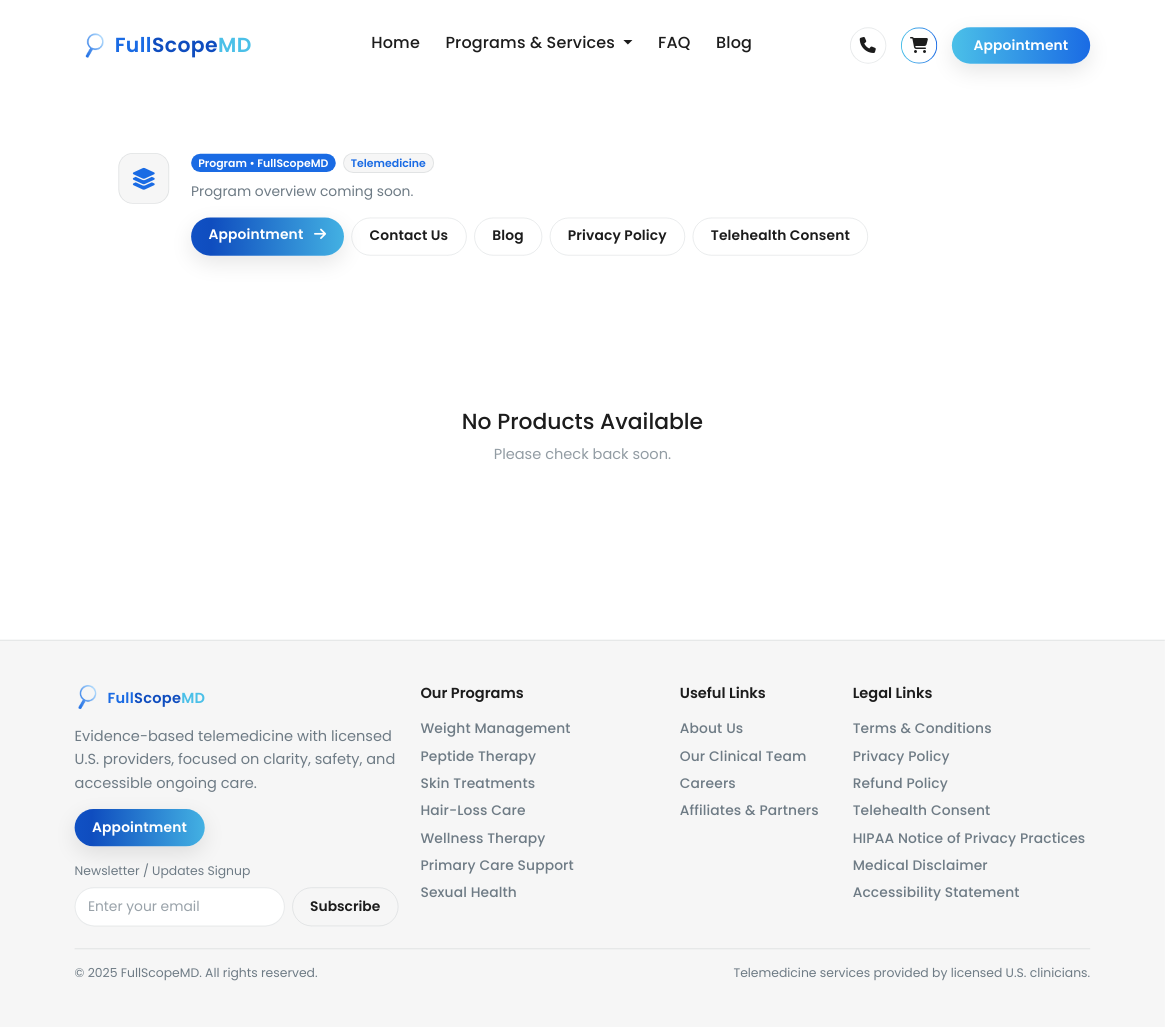
Repository: Jane-Li18/fullscopeMD
Page: app_fsMD/templates/category/prgrms_dtls.html
The author's editor kept a copy of each file at every save. The page is drawn from the files as they stood at one save, then again after a run of saves.
The browser window is 1280 px wide. The pictures show the whole page, at 91% of full size.
The page is served by the project's application, run on Django 5.2 (manage.py). Other server files are loaded and not shown. The page reads the database file committed with the project. The template is opened directly, without the code that normally fills it, so the values that code supplies are empty.

Above is the page before, as saved 2025-12-20 00:13:34.

### app_fsMD/templates/category/prgrms_dtls.html
{% extends "base.html" %}
{% load static %}

{% block title %}{{ category.name }}{% endblock %}

{% block content %}

<section class="py-5">
  <div class="container py-2 py-lg-4">

    <div class="row justify-content-center mb-4">
      <div class="col-12 col-lg-12">
        <div class="p-lg-5 bg-white fade-in-up fade-in delay-1 fade-blocked">
          <div class="d-flex flex-column flex-md-row align-items-start gap-3 gap-lg-4">

            <div class="flex-shrink-0">
              <div class="rounded-4 d-inline-flex align-items-center justify-content-center bg-muted border-brand"
                   style="width:56px;height:56px;">
                <i class="fa-solid fa-layer-group fs-4 text-primary-accent"></i>
              </div>
            </div>

            <div class="flex-grow-1">
              <div class="d-flex flex-wrap align-items-center gap-2 mb-2">
                <span class="badge rounded-pill bg-primary-accent">
                  {% if category.kind == "service" %}
                    Service
                  {% else %}
                    Program
                  {% endif %}
                  • FullScopeMD
                </span>
                <span class="badge rounded-pill bg-muted border-brand text-primary-accent">Telemedicine</span>
              </div>

              <h1 class="mb-2">{{ category.name }}</h1>

              {% if category.short_description %}
                <p class="mb-0 text-body-sm">{{ category.short_description|linebreaksbr }}</p>
              {% else %}
                <p class="mb-0 text-body-sm">Program overview coming soon.</p>
              {% endif %}

              <div class="d-flex flex-wrap gap-2 mt-3">
                <a href="#appointment" class="btn btn-primary btn-sm">
                  Appointment <i class="fa-solid fa-arrow-right ms-2 icon-solid"></i>
                </a>
                <a href="{% url 'contact' %}" class="btn btn-outline-primary btn-sm">Contact Us</a>
                <a href="{% url 'blgs_updts' %}" class="btn btn-outline-primary btn-sm">Blog</a>
                <a href="{% url 'privacy_policy' %}" class="btn btn-outline-primary btn-sm">Privacy Policy</a>
                <a href="{% url 'telehealth_consent' %}" class="btn btn-outline-primary btn-sm">Telehealth Consent</a>
              </div>
            </div>

          </div>
        </div>
      </div>
    </div>

    {# ✅ ONLY products for this category are already in `products` from your view #}
    {# ✅ Hide filter bar by passing categories=None #}
    {% include "home/h_prdcts.html" with show_header=False categories=None products=products %}

    {% if category.long_description %}
      <div class="row justify-content-center mt-5">
        <div class="col-12 col-lg-10">
          <div class="p-4 p-lg-5 bg-muted rounded-4 border-brand shadow-sm-brand fade-in-up fade-in delay-3 fade-blocked scroll-animate">

            <div class="d-flex align-items-center gap-2 mb-2">
              <i class="fa-solid fa-shield-heart text-primary-accent"></i>
              <h2 class="mb-0" style="font-size: var(--font-size-h3);">Clinical overview</h2>
            </div>

            <div class="text-body-sm">{{ category.long_description|linebreaksbr }}</div>

            <div class="d-flex flex-wrap gap-2 mt-3">
              <a href="#appointment" class="btn btn-primary btn-sm">Appointment</a>
              <a href="{% url 'contact' %}" class="btn btn-outline-primary btn-sm">Contact Us</a>
              <a href="{% url 'terms_conditions' %}" class="btn btn-outline-primary btn-sm">Terms</a>
              <a href="{% url 'privacy_policy' %}" class="btn btn-outline-primary btn-sm">Privacy</a>
            </div>

          </div>
        </div>
      </div>
    {% endif %}

  </div>
</section>

{% endblock content %}

### app_fsMD/context_processors.py
from .cart import Cart
from django.db.models import Count, Q
from .models import Category

def cart_context(request):
    cart = Cart(request)
    return {"cart_qty": cart.total_qty()}

def nav_programs(request):
    return {
        "nav_programs": (
            Category.objects.filter(is_active=True)
            .annotate(product_count=Count("products", filter=Q(products__is_active=True)))
            .order_by("sort_order", "name")
        )
    }

### app_fsMD/templates/components/loader.html
<div id="global-loader">
  <svg
    class="loader-svg"
    x="0px"
    y="0px"
    viewBox="0 0 50 31.25"
    height="31.25"
    width="50"
    preserveAspectRatio="xMidYMid meet"
  >
    <path
      class="track"
      stroke-width="4"
      fill="none"
      pathlength="100"
      d="M0.625 21.5 h10.25 l3.75 -5.875 l7.375 15 l9.75 -30 l7.375 20.875 v0 h10.25"
    />
    <path
      class="car"
      stroke-width="4"
      fill="none"
      pathlength="100"
      d="M0.625 21.5 h10.25 l3.75 -5.875 l7.375 15 l9.75 -30 l7.375 20.875 v0 h10.25"
    />
  </svg>
</div>

### project_fsMD/urls.py
from django.conf import settings
from django.conf.urls.static import static
from django.contrib import admin
from django.urls import path, include
from django.views.generic import RedirectView
from django.contrib.staticfiles.storage import staticfiles_storage

urlpatterns = [
    path("favicon.ico", RedirectView.as_view(
        url=staticfiles_storage.url("images/favicon.ico"),
        permanent=True
    )),

    path("admin/", admin.site.urls),
    path("", include("app_fsMD.urls")),
]

if settings.DEBUG:
    urlpatterns += static(settings.MEDIA_URL, document_root=settings.MEDIA_ROOT)

### app_fsMD/static/css/footer.css
/* ============================
   Footer
   ============================ */

.footer-section {
    background-color: var(--secondary-bg);
    border-top: 1px solid var(--secondary-border);
    color: var(--secondary-text);
}

/* Heading style inside footer (slightly smaller than regular h3) */
.footer-heading {
    font-size: var(--font-size-body);
    font-weight: 600;
    color: var(--primary-text);
}

/* Lists */
.footer-list {
    list-style: none;
    padding-left: 0;
}

.footer-list li + li {
    margin-top: 0.25rem;
}

/* Links */
.footer-link {
    font-size: var(--font-size-body-sm);
    color: var(--secondary-text);
    text-decoration: none;
    transition: color var(--transition-fast);
}

.footer-link:hover {
    color: var(--primary-accent);
}

/* Newsletter */
.footer-newsletter-input {
    flex: 1 1 auto;
    min-width: 0;
    border-radius: var(--radius-pill);
    border: 1px solid var(--secondary-border);
    background-color: var(--primary-bg);
    padding: 0.45rem 0.85rem;
    font-size: var(--font-size-body-sm);
    color: var(--primary-text);
    outline: none;
}

.footer-newsletter-input::placeholder {
    color: rgba(110, 123, 133, 0.7);
}

.footer-newsletter-input:focus {
    border-color: var(--primary-accent);
}

/* Make the newsletter button snug with input */
.footer-newsletter-btn {
    white-space: nowrap;
}

/* Bottom strip */
.footer-bottom {
    border-top: 1px solid var(--secondary-border);
}

### db.sqlite3 (the tables this page reads, as SQL)
CREATE TABLE "app_fsMD_category" ("id" integer NOT NULL PRIMARY KEY AUTOINCREMENT, "name" varchar(120) NOT NULL UNIQUE, "slug" varchar(140) NOT NULL UNIQUE, "sort_order" integer unsigned NOT NULL CHECK ("sort_order" >= 0), "is_active" bool NOT NULL, "long_description" text NOT NULL, "short_description" text NOT NULL, "image" varchar(100) NULL, "kind" varchar(10) NOT NULL);
INSERT INTO "app_fsMD_category" VALUES
(1, 'Weight Management', 'weight-management', 1, 1, 'Our Weight Management program provides structured, medically supervised care built around your goals. You’ll receive clinician-guided dosing plans, access to evidence-based medications when appropriate, and consistent follow-up support to help you stay on track. This program focuses on safe, sustainable progress with clear guidance, progress monitoring, and adjustments over time for the best long-term outcomes.', 'Personalized, provider-guided weight management programs using clinically supported medications to help you lose weight safely and sustainably.', 'categories/weight-management/card1.jpg', 'program'),
(2, 'Peptide Therapy', 'peptide-therapy', 2, 1, 'Our Peptide Therapy program offers evidence-informed peptide protocols tailored to your needs and monitored by a provider. Plans are designed to support metabolic efficiency, recovery, energy balance, and sleep quality. Your treatment is guided with ongoing oversight, progress tracking, and adjustments as needed—so you get a personalized approach focused on safety, tolerability, and measurable wellness improvements.', 'Targeted peptide protocols designed to support metabolism, recovery, energy, sleep, and whole-body wellness—guided by licensed providers.', 'categories/peptide-therapy/card2.jpg', 'program'),
(3, 'Skin Treatments', 'skin-treatments', 3, 1, 'Our Skin Treatments program provides medical-grade, prescription skincare built around your specific concerns and skin type. Providers create tailored protocols to improve clarity, texture, and tone—addressing common issues like acne, aging, hyperpigmentation, and inflammation. Care includes guidance on how to use treatments correctly, expected timelines, and follow-up support to optimize results safely.', 'Prescription-based skincare for acne, aging, discoloration, inflammation, and other dermatologic concerns—personalized to your skin.', 'categories/skin-treatments/card3.jpg', 'program'),
(4, 'Hair-Loss Care', 'hair-loss-care', 4, 1, 'Our Hair-Loss Care program offers personalized treatment plans for both men and women, using clinically supported oral and topical therapies. Your provider evaluates your goals and hair concerns, then recommends a plan designed to support regrowth, thickness, and long-term density. Ongoing monitoring helps ensure your regimen remains effective, well-tolerated, and aligned with your progress.', 'Clinically supported hair-loss treatments for men and women, including oral and topical options to support regrowth and density.', 'categories/hair-loss-care/card4.jpg', 'program'),
(5, 'Wellness Therapy', 'wellness-therapy', 5, 1, 'Our Wellness Therapy program includes evidence-based nutrient and wellness-support options aimed at improving daily energy, metabolic function, and overall vitality. Treatment plans are provider-directed and aligned with your goals, with protocols selected to support performance and well-being. You’ll receive clear guidance, safety-focused oversight, and adjustments over time to help you feel and function at your best.', 'Wellness-support therapies like B12, MIC+B12, NAD+, and more—designed to improve energy, metabolism, and overall vitality.', 'categories/wellness-therapy/card5.jpg', 'program'),
(6, 'Primary Care Support', 'primary-care-support', 6, 1, 'Our Primary Care Support program makes it easier to get timely medical guidance for common concerns and ongoing health needs. With swift access to care and real-time provider consultations, you can address everyday issues, manage chronic conditions, and receive dependable follow-up without unnecessary delays. The focus is simple, accessible medical support with continuity and clarity.', 'Telehealth visits for everyday medical needs and chronic care support—with fast access to licensed clinicians and reliable follow-up.', 'categories/primary-care-support/card6.jpg', 'service'),
(7, 'Sexual Health', 'sexual-health', 7, 1, 'Our Sexual Health program provides discreet, provider-led telehealth care focused on assessment, education, and personalized treatment options. You’ll receive a clinical evaluation, clear recommendations, and follow-up support to help address sexual health concerns safely and effectively. Care is confidential, medically guided, and designed to support long-term outcomes—not just short-term fixes.', 'Confidential, clinician-led telehealth care for sexual health concerns—complete with evaluation, treatment options, and ongoing support.', 'categories/sexual-health/card7.jpg', 'program');

CREATE TABLE "app_fsMD_product" ("id" integer NOT NULL PRIMARY KEY AUTOINCREMENT, "name" varchar(200) NOT NULL UNIQUE, "slug" varchar(220) NOT NULL UNIQUE, "short_details" text NOT NULL, "long_details" text NOT NULL, "price" decimal NOT NULL, "quantity" integer unsigned NOT NULL CHECK ("quantity" >= 0), "discount_type" varchar(10) NOT NULL, "discount_value" decimal NOT NULL, "is_active" bool NOT NULL, "requires_prescription" bool NOT NULL, "requires_consultation" bool NOT NULL, "created_at" datetime NOT NULL, "updated_at" datetime NOT NULL, "category_id" bigint NOT NULL REFERENCES "app_fsMD_category" ("id") DEFERRABLE INITIALLY DEFERRED, "main_image" varchar(100) NOT NULL);
INSERT INTO "app_fsMD_product" VALUES
(1, 'Semaglutide (GLP-1)', 'semaglutide-glp-1', 'Semaglutide is a clinically proven GLP-1 medication that helps reduce appetite, support steady fat loss, and improve metabolic balance. It enhances satiety, lowers cravings, and makes it easier to maintain consistent habits for long-term weight management.', 'Semaglutide is a GLP-1 receptor agonist that mimics the body’s natural hormone responsible for regulating appetite, digestion, and glucose control. By slowing gastric emptying and increasing feelings of fullness, Semaglutide helps reduce caloric intake, stabilize blood sugar levels, and support clinically significant weight reduction.

This medication is compounded through accredited U.S. pharmacies and prescribed only after a licensed provider reviews your medical history. Treatment begins at the lowest dose and is gradually increased under provider guidance to ensure safety, minimize side effects, and achieve optimal results. Semaglutide is recommended for adults seeking medically supervised weight management with structured dosing, ongoing monitoring, and evidence-based outcomes.', 100, 99, 'none', 0, 1, 1, 0, '2025-12-14 16:28:48.986412', '2025-12-19 19:00:31.990109', 1, 'products/semaglutide-glp-1/main/Semaglutide_0zCV37U.png'),
(3, 'Tirzepatide', 'tirzepatide', 'Tirzepatide is a powerful, modern weight-loss medication designed to help reduce appetite and support steady, sustainable fat loss. It works by enhancing feelings of fullness and helping the body respond better to food, making it easier to stay consistent with a healthier lifestyle.', 'Tirzepatide is a dual-incretin agonist that activates both GLP-1 and GIP hormone receptors. These pathways regulate appetite, gastric emptying, glucose control, and overall metabolic efficiency. By targeting both mechanisms, Tirzepatide can significantly reduce caloric intake, improve insulin sensitivity, and support meaningful weight reduction over time.This medication is compounded through accredited U.S. pharmacies and prescribed only after a licensed provider reviews your health history. Treatment begins at the lowest available dose and is gradually increased under provider direction to ensure safety, tolerability, and optimal clinical outcomes. Tirzepatide is recommended for adults seeking medically supervised weight management with structured dosing, ongoing monitoring, and evidence-based treatment results.', 120, 99, 'none', 0, 1, 0, 0, '2025-12-16 17:29:51.319305', '2025-12-19 19:00:01.518968', 1, 'products/tirzepatide/main/Tirzepatide_iG3dHCp.png'),
(4, 'AOD-9604 / MOTS-C / Tesamorelin', 'aod-9604-mots-c-tesamorelin', 'AOD-9604 / MOTS-C / Tesamorelin is an advanced peptide combination designed to support fat metabolism, metabolic efficiency, and body composition. This multi-pathway approach targets fat breakdown, cellular energy production, and growth hormone signaling to help optimize metabolic health under medical supervision.', 'AOD-9604 / MOTS-C / Tesamorelin is a coordinated peptide combination formulated to support metabolic performance and body composition through multiple pathways.

AOD-9604 is a synthetic peptide derived from a specific fragment of human growth hormone (HGH) that supports fat metabolism by stimulating lipolysis and reducing fat storage without affecting appetite, insulin levels, or endogenous growth hormone production.

MOTS-C is a mitochondrial-derived peptide involved in regulating cellular energy balance, insulin sensitivity, and metabolic signaling. It supports mitochondrial efficiency and glucose utilization, contributing to improved metabolic performance and energy regulation.

Tesamorelin is a growth hormone–releasing hormone (GHRH) analog that stimulates the body’s natural production of growth hormone. By enhancing physiologic GH secretion, Tesamorelin supports fat metabolism, particularly visceral fat reduction, while maintaining normal feedback control within the endocrine system.

Together, AOD-9604, MOTS-C, and Tesamorelin provide a comprehensive metabolic support strategy by addressing fat breakdown, cellular energy production, and growth hormone signaling simultaneously. This coordinated approach supports improvements in body composition, metabolic efficiency, and long-term wellness when used as part of a medically supervised program.

This peptide combination is compounded through accredited U.S. pharmacies and prescribed only after a licensed provider reviews your health history. Treatment protocols are individualized and adjusted under provider oversight to ensure safety, tolerability, and appropriate clinical monitoring. AOD-9604 / MOTS-C / Tesamorelin is recommended for adults seeking medically supervised metabolic optimization, body composition support, and evidence-based peptide therapy.', 150, 99, 'none', 0, 1, 1, 0, '2025-12-16 17:34:08.380807', '2025-12-19 19:00:25.231508', 1, 'products/aod-9604-mots-c-tesamorelin/main/AOD-9604__MOTS-C__Tesamorelin_nt6RE6l.png'),
(5, 'AOD-9604 / MOTS-C', 'aod-9604-mots-c', 'AOD-9604 / MOTS-C is an advanced peptide therapy designed to support fat metabolism, cellular energy production, and overall metabolic health. This combination helps promote fat loss while supporting mitochondrial function, making it well-suited for individuals focused on body composition and metabolic optimization.', 'AOD-9604 / MOTS-C is a dual-peptide therapy formulated to support metabolic performance and body composition through complementary mechanisms.

AOD-9604 is a synthetic peptide derived from a specific fragment of human growth hormone (HGH) that targets fat metabolism by stimulating lipolysis and reducing fat storage without impacting appetite, growth hormone levels, or blood sugar regulation.

MOTS-C is a mitochondrial-derived peptide that plays a role in regulating energy balance, insulin sensitivity, and metabolic signaling. It supports cellular efficiency by enhancing glucose utilization and promoting healthy mitochondrial activity, which is essential for energy production and metabolic performance.

Together, AOD-9604 and MOTS-C provide a complementary approach to metabolic support by targeting both fat breakdown and cellular energy pathways. This dual mechanism supports improved body composition, metabolic efficiency, and sustainable wellness outcomes over time.

This peptide combination is compounded through accredited U.S. pharmacies and provided only after a licensed provider reviews your health history. Treatment protocols are individualized and guided by clinical oversight to ensure safety, tolerability, and alignment with patient goals. AOD-9604 / MOTS-C is recommended for adults seeking medically supervised metabolic support, fat-loss optimization, and evidence-based peptide therapy.', 200, 99, 'none', 0, 1, 0, 0, '2025-12-16 17:39:54.386269', '2025-12-19 19:00:18.417207', 1, 'products/aod-9604-mots-c/main/AOD-9604__MOTS-C_8ZiSQWs.png'),
(6, 'AOD-9604', 'aod-9604', 'AOD-9604 is a targeted peptide therapy designed to support fat metabolism and body composition. It helps encourage fat breakdown without affecting appetite or blood sugar, making it an option for individuals focused on metabolic support and fat-loss optimization.', 'AOD-9604 is a synthetic peptide derived from a specific fragment of human growth hormone (HGH). It is designed to stimulate lipolysis (fat breakdown) while limiting lipogenesis (fat storage), supporting a healthier metabolic profile without influencing growth hormone or insulin levels.

Unlike traditional weight-loss medications, AOD-9604 works at the cellular level to enhance fat metabolism without suppressing appetite or altering glucose regulation. This makes it a complementary option for patients seeking body composition support as part of a broader wellness or weight-management plan.

This peptide is compounded through accredited U.S. pharmacies and provided only after a licensed provider reviews your health history. Treatment protocols are individualized and guided by clinical oversight to ensure safety, tolerability, and alignment with patient goals. AOD-9604 is recommended for adults seeking medically supervised metabolic support, fat-loss optimization, and evidence-based peptide therapy.', 250, 99, 'none', 0, 1, 0, 0, '2025-12-16 17:40:19.528969', '2025-12-19 19:00:11.127993', 1, 'products/aod-9604/main/AOD-9604_hJqFNTx.png');

Loaded but not shown: app_fsMD/static/css/style.css (library); app_fsMD/static/css/navbar.css (library); app_fsMD/static/css/home/h_home.css (library); app_fsMD/static/js/script.js (1209 lines, source omitted); app_fsMD/templates/navbar/navsidebar.html (208 lines, source omitted); app_fsMD/views.py (322 lines, source omitted); app_fsMD/templates/navbar/navbar.html (164 lines, source omitted); app_fsMD/templates/home/h_prdcts.html (141 lines, source omitted); app_fsMD/templates/base.html (141 lines, source omitted); app_fsMD/models.py (168 lines, source omitted); app_fsMD/templates/footer.html (111 lines, source omitted); app_fsMD/static/css/components/appointment.css (36 lines, source omitted); app_fsMD/cart.py (77 lines, source omitted); app_fsMD/static/css/components/mrqs.css (1 lines, source omitted); app_fsMD/urls.py (28 lines, source omitted)

After the next 2 saves:
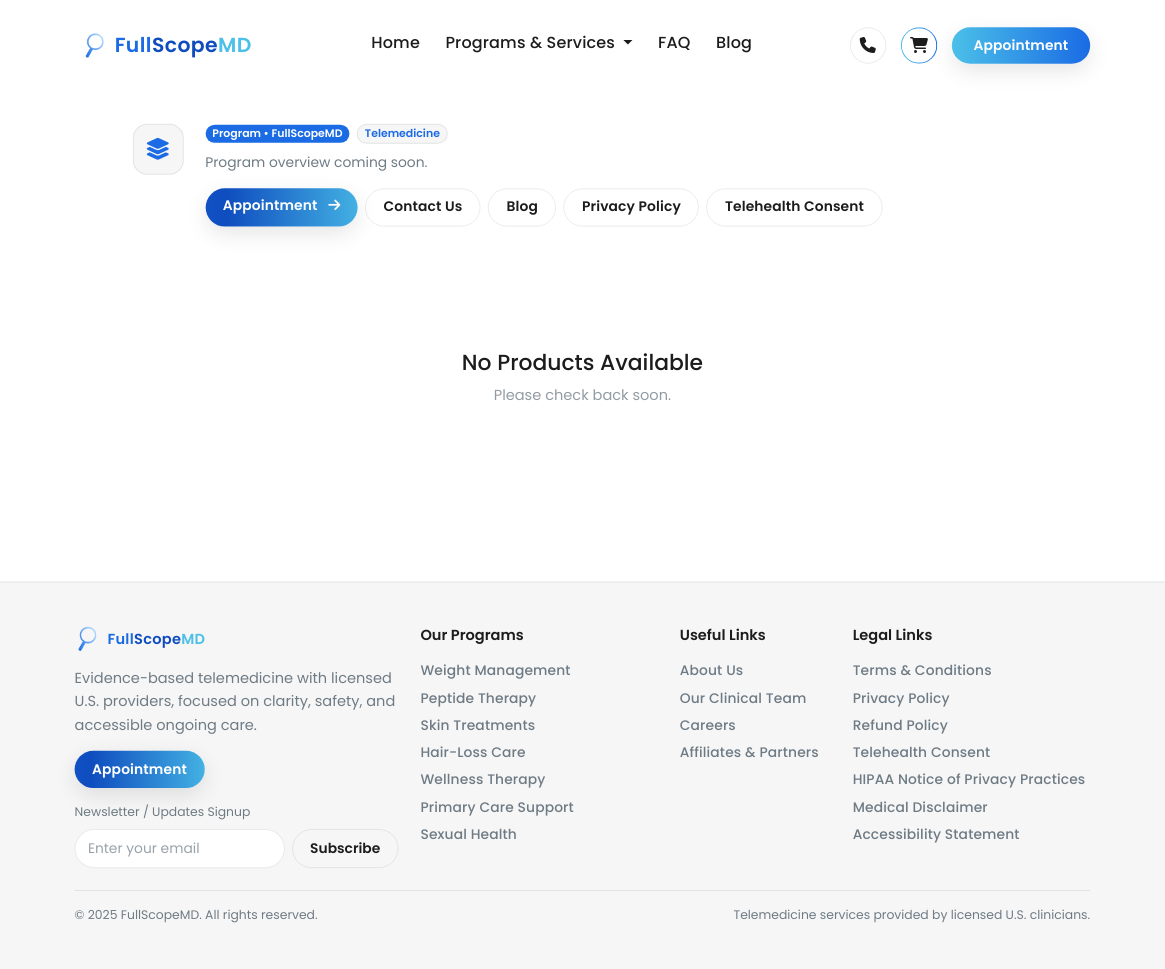
The 2 saves are shown as one change because they came seconds apart.
The last was saved 69 s later.
--- a/app_fsMD/templates/category/prgrms_dtls.html
+++ b/app_fsMD/templates/category/prgrms_dtls.html
@@ -9,8 +9,8 @@
   <div class="container py-2 py-lg-4">
 
     <div class="row justify-content-center mb-4">
-      <div class="col-12 col-lg-12">
-        <div class="p-lg-5 bg-white fade-in-up fade-in delay-1 fade-blocked">
+      <div class="col-12 col-lg-11">
+        <div class="p-lg-3 bg-white fade-in-up fade-in delay-1 fade-blocked">
           <div class="d-flex flex-column flex-md-row align-items-start gap-3 gap-lg-4">
 
             <div class="flex-shrink-0">
